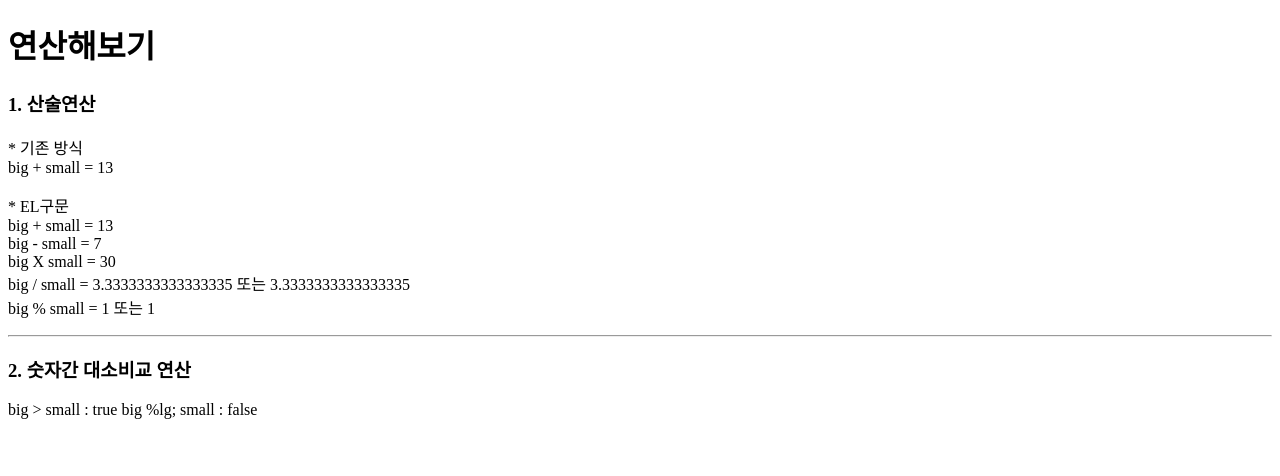
Repository: judeyong/myWebWorkSpace2
Page: http://localhost/Action_Project/operation.do
An editor plug-in stored every save of this project. The page is shown before and after a run of saves, followed by the edit.
The browser window is 1280 px wide. The pictures show the whole page.
The page is served by Tomcat 9. Other server files are loaded and not shown.

Above is the page before, as saved 2024-04-03 02:17:37.

### Action_Project/WebContent/views/02_elOperation.jsp
<%@ page language="java" contentType="text/html; charset=UTF-8"
    pageEncoding="UTF-8"%>
<!DOCTYPE html>
<html>
<head>
<meta charset="UTF-8">
<title>Insert title here</title>
</head>
<body>

	<h1>연산해보기</h1>
	<h3>1. 산술연산</h3>

	<p>
		* 기존 방식 <br>
		big + small = <%= (int)request.getAttribute("big") + (int)request.getAttribute("small") %>
	</p>

	<p>
		* EL구문<br>
		big + small = ${ big + small } <br>
		big - small = ${ big - small } <br>
		big X small = ${ big * small } <br>
		big / small = ${ big / small } 또는 ${ big div small }<br>
		big % small = ${ big % small } 또는 ${ big mod small }<br>
	</p>

	<hr>

	<h3>2. 숫자간 대소비교 연산</h3>

	<p>
		big &gt; small : ${ big > small }
		big %lg; small : ${ big < small }
	</p>































</body>
</html>

### Action_Project/src/com/kh/controller/OperationServlet.java
package com.kh.controller;

import java.io.IOException;
import java.util.ArrayList;

import javax.servlet.ServletException;
import javax.servlet.annotation.WebServlet;
import javax.servlet.http.HttpServlet;
import javax.servlet.http.HttpServletRequest;
import javax.servlet.http.HttpServletResponse;

import com.kh.model.vo.Person;

/**
 * Servlet implementation class OperationServlet
 */
@WebServlet("/operation.do")
public class OperationServlet extends HttpServlet {
	private static final long serialVersionUID = 1L;

    /**
     * @see HttpServlet#HttpServlet()
     */
    public OperationServlet() {
        super();
        // TODO Auto-generated constructor stub
    }

	/**
	 * @see HttpServlet#doGet(HttpServletRequest request, HttpServletResponse response)
	 */
	protected void doGet(HttpServletRequest request, HttpServletResponse response) throws ServletException, IOException {

		// 테스트 할 수 있는 값 넘기기
		request.setAttribute("big", 10);
		request.setAttribute("small", 3);

		request.setAttribute("strOne", "안녕");
		request.setAttribute("strTwo", new String("안녕"));

		request.setAttribute("personOne", new Person("홍길동", 15, "한양"));
		request.setAttribute("personTwo", null);

		ArrayList<String> list1 = new ArrayList();
		request.setAttribute("listOne", list1);

		ArrayList<String> list2 = new ArrayList();
		list2.add("ㅎㅇ");
		request.setAttribute("listTwo", list2);

		// 일단 여기까지 requestScope에 총 8개의 값을 담았음
		request.getRequestDispatcher("views/02_elOperation.jsp").forward(request, response);

	}

	/**
	 * @see HttpServlet#doPost(HttpServletRequest request, HttpServletResponse response)
	 */
	protected void doPost(HttpServletRequest request, HttpServletResponse response) throws ServletException, IOException {
		// TODO Auto-generated method stub
		doGet(request, response);
	}

}

### Action_Project/src/com/kh/model/vo/Person.java
package com.kh.model.vo;

public class Person {

	private String name;
	private int age;
	private String address;

	public Person() {
		super();
	}

	public Person(String name, int age, String address) {
		super();
		this.name = name;
		this.age = age;
		this.address = address;
	}

	public String getName() {
		return name;
	}

	public void setName(String name) {
		this.name = name;
	}

	public int getAge() {
		return age;
	}

	public void setAge(int age) {
		this.age = age;
	}

	public String getAddress() {
		return address;
	}

	public void setAddress(String address) {
		this.address = address;
	}

	@Override
	public String toString() {
		return "Person [name=" + name + ", age=" + age + ", address=" + address + "]";
	}

}

After the next 2 saves:
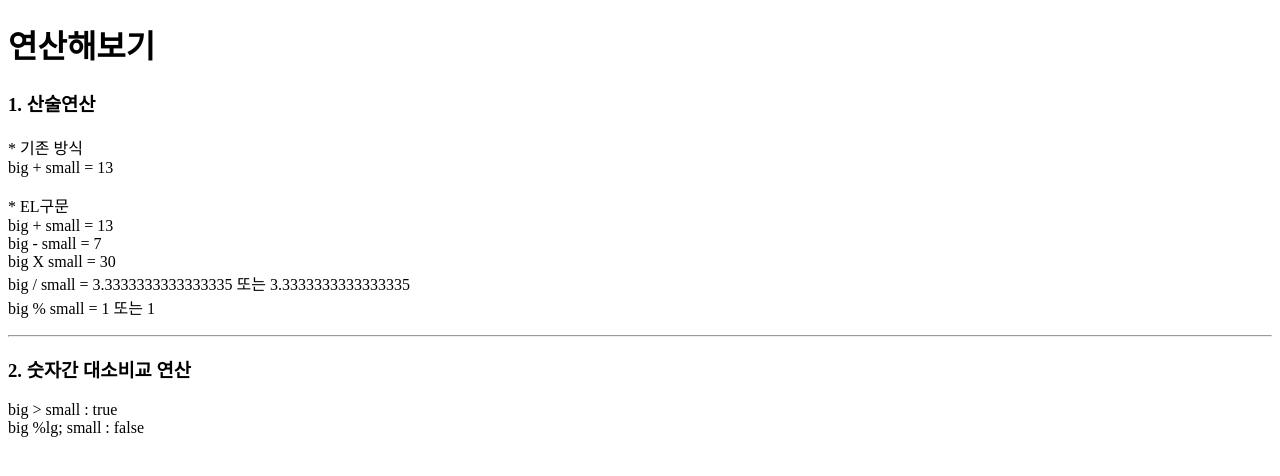
The 2 saves are shown as one change because they came seconds apart.
The last was saved 21 s later.
--- a/Action_Project/WebContent/views/02_elOperation.jsp
+++ b/Action_Project/WebContent/views/02_elOperation.jsp
@@ -30,8 +30,9 @@
 	<h3>2. 숫자간 대소비교 연산</h3>
 
 	<p>
-		big &gt; small : ${ big > small }
-		big %lg; small : ${ big < small }
+		big &gt; small : ${ big > small } <br>
+		big %lg; small : ${ big < small } <br>
+
 	</p>
 
 
